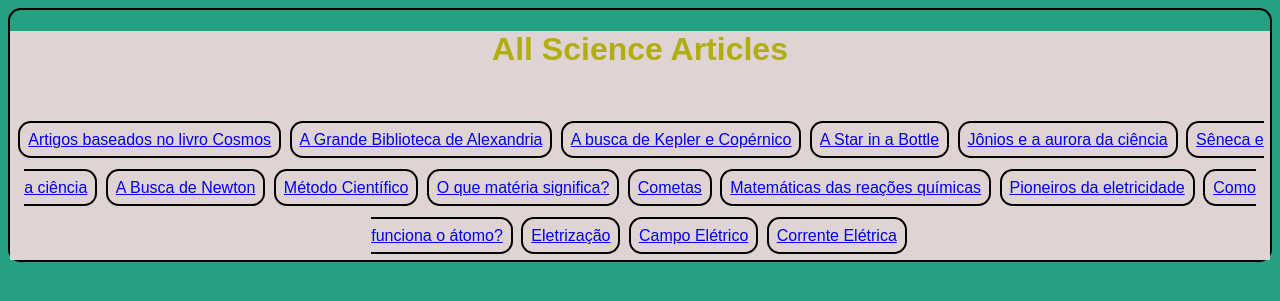
Repository: batmit/FutureFundation.github.io-1
Page: menu/articles/ciencias/ciencias.html
An editor plug-in stored every save of this project. The page is shown before and after the next save, followed by the edit.
The browser window is 1280 px wide. The pictures show the whole page.

Above is the page before, as saved 2021-10-25 15:08:17.

After the next save:
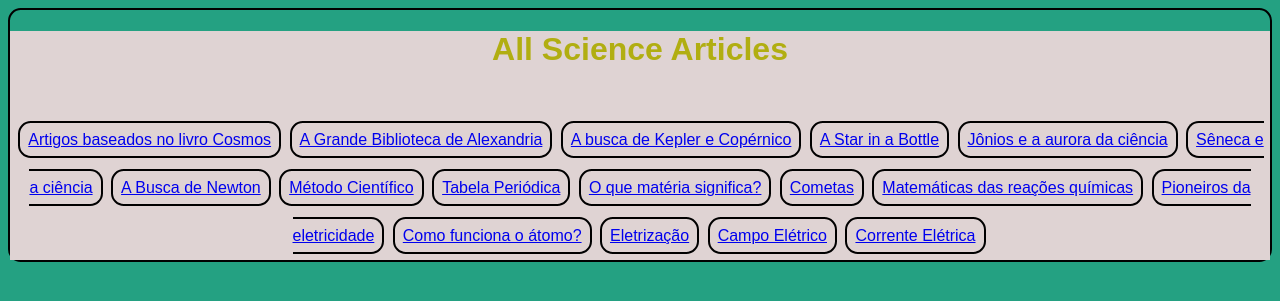
Saved 27 s later.
--- a/menu/articles/ciencias/ciencias.html
+++ b/menu/articles/ciencias/ciencias.html
@@ -27,6 +27,7 @@
             <a href="./Sêneca.html">Sêneca e a ciência</a>
             <a href="./newtonbusca.html">A Busca de Newton</a>
             <a href="./metodo.html">Método Científico</a>
+            <a href="./tabela.html">Tabela Periódica</a>
             <a href="/menu/articles/ciencias/materia.html">O que matéria significa?</a>
             <a href="./cometas.html">Cometas</a>
             <a href="/menu/articles/ciencias/reaçoes.html">Matemáticas das reações químicas</a>
